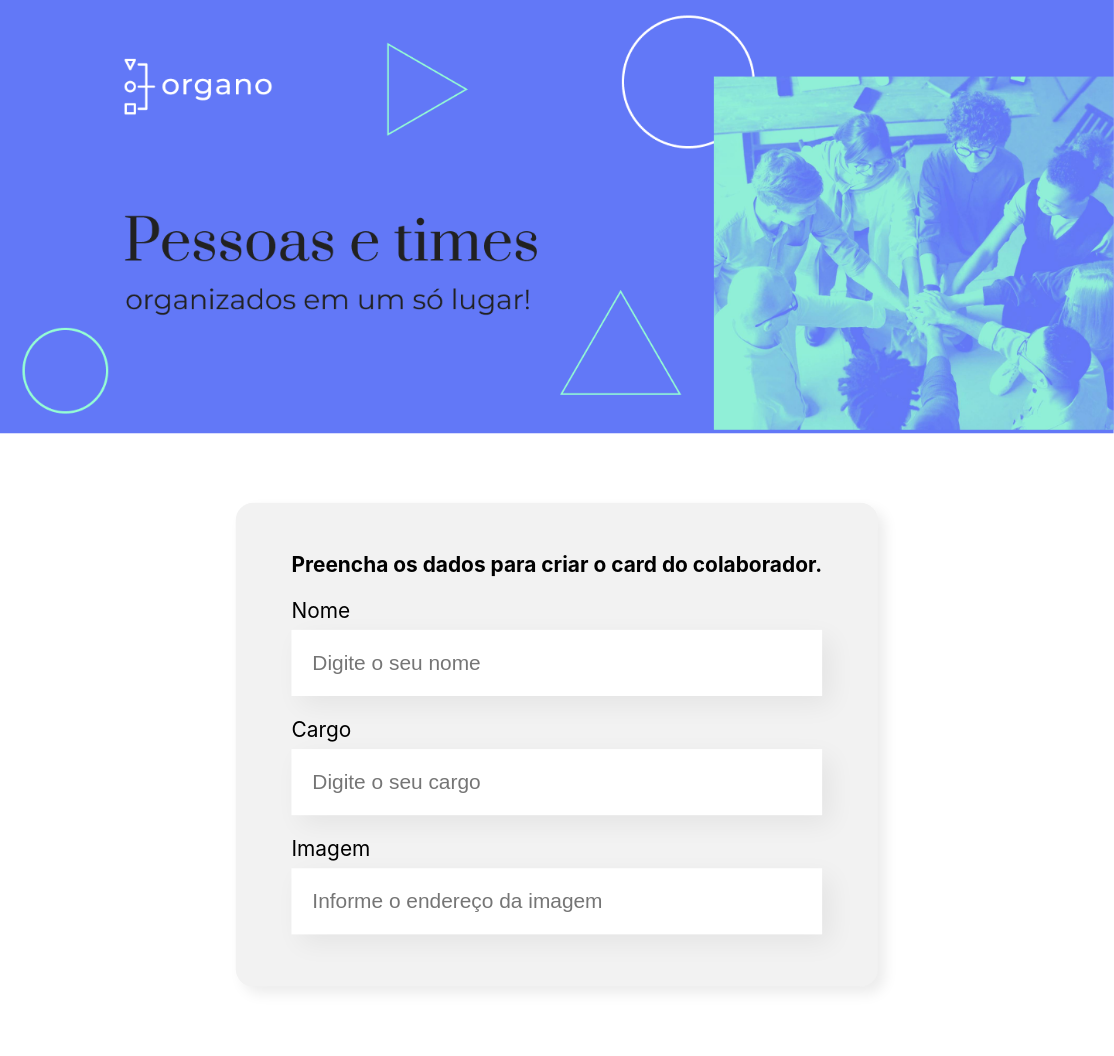
Repository: devMuriloOliveira/organo
Page: /
The author's editor kept a copy of each file at every save. The page is drawn from the files as they stood at one save, then again after a run of saves.
The browser window is 1280 px wide. The pictures show the whole page, at 87% of full size.
The project was rebuilt for these pictures with package versions that can differ from the ones it lists, and the page was loaded fresh each time. Also part of the build but not shown: src/componentes/ListaSuspensa/ListaSuspensa.css.

Above is the page before, as saved 2023-01-11 15:17:52.

After the next 3 saves:
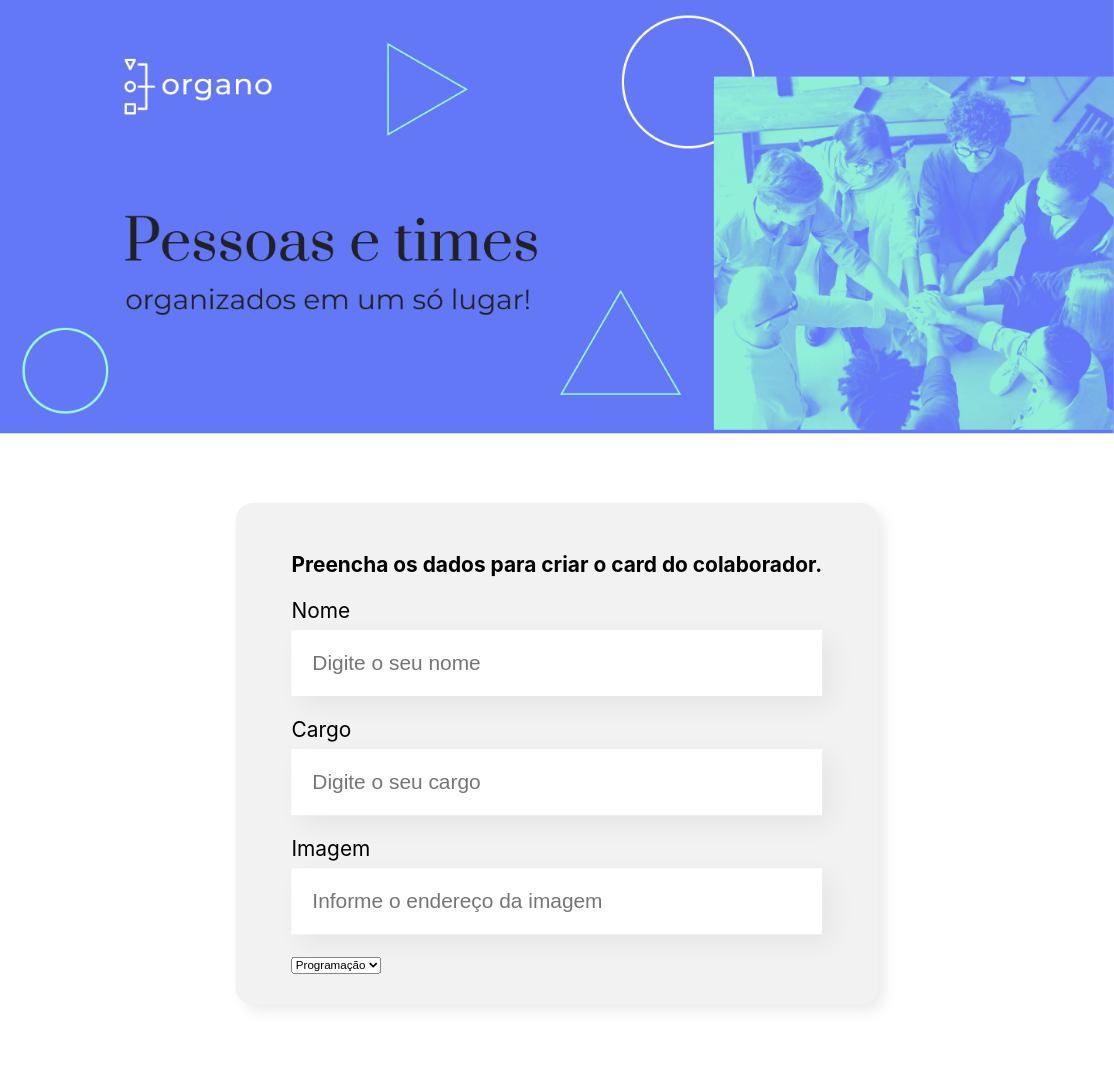
The 3 saves are shown as one change because 2 did not build or start.
The last was saved 7 min 27 s later.
--- a/src/componentes/Formulario/index.js
+++ b/src/componentes/Formulario/index.js
@@ -1,14 +1,24 @@
 import CampoTexto from '../CampoTexto'
+import ListaSuspensa from '../ListaSuspensa'
 import './Formulario.css'
 
 const Formulario = () =>{
+
+    const times = [
+      'Programação',
+      'Front-End',
+      'Data Science'
+    ]
+
   return(
+
     <section className='formulario'>
       <form>
         <h2>Preencha os dados para criar o card do colaborador.</h2>
       <CampoTexto label="Nome" placeholder="Digite o seu nome"/>
       <CampoTexto label="Cargo" placeholder="Digite o seu cargo"/>
       <CampoTexto label="Imagem" placeholder="Informe o endereço da imagem"/>
+      <ListaSuspensa itens={times}/>
       </form>
     </section>
   )
